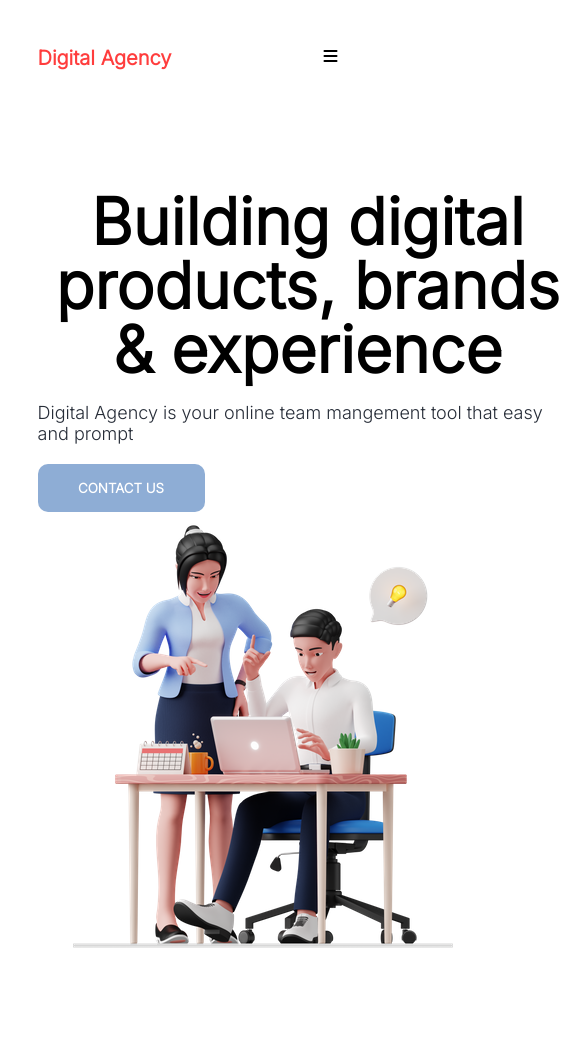
Repository: ThuatDev/fullstack_devc
Page: index.html
The author's editor kept a copy of each file at every save. The page is drawn from the files as they stood at one save, then again after the next save.
The browser window is 375 px wide. The page is 578 px wide, so the pictures cover 578 px, including what lies to the right of the window. The pictures show the whole page.

Above is the page before, as saved 2022-11-09 17:38:53.

After the next save:
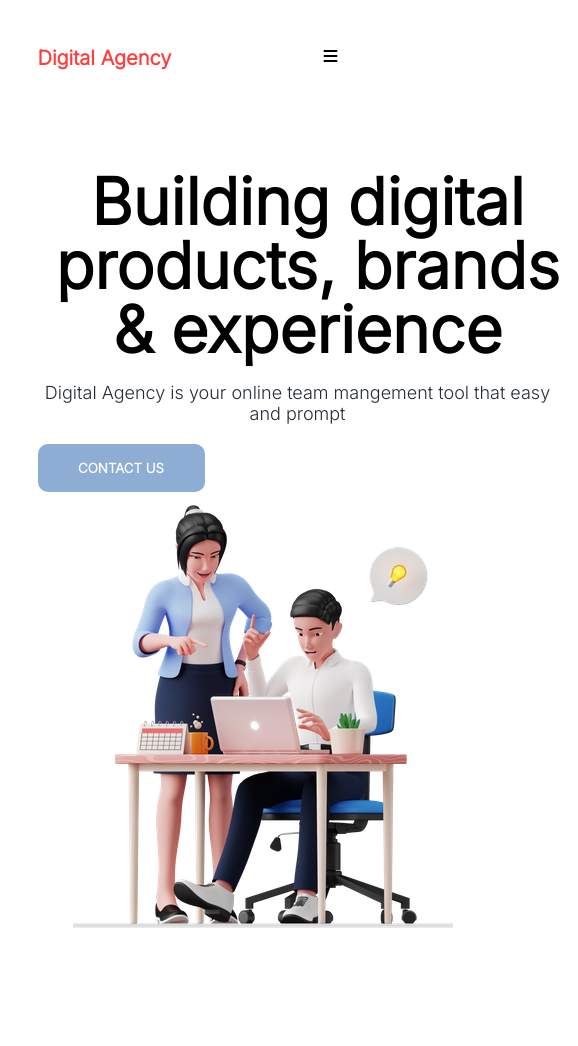
Saved 62 s later.
--- a/reposive.css
+++ b/reposive.css
@@ -28,10 +28,10 @@
   }
   .h-section .h-section__left h2 {
     text-align: center;
-    margin-bottom: 20px;
   }
-  .h-section .h-section__left {
+  .h-section .h-section__left p {
     margin-top: 20px;
+    text-align: center;
   }
   .h-section .h-section__left button {
     margin-top: 20px;
